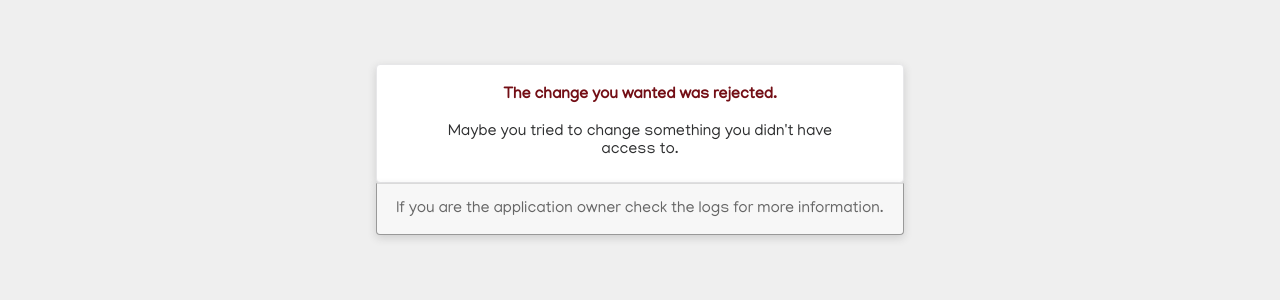
Repository: demesvardestin/demesvar.com
Page: public/422.html
The author's editor kept a record of every edit. The page is drawn from the files as they stood at one moment, then again after the next edit.
The browser window is 1280 px wide. The pictures show the whole page.

Above is the page before.

### public/422.html
<!DOCTYPE html>
<html>
<head>
  <title>422 - change rejected</title>
  <link href="https://fonts.googleapis.com/css?family=Cookie|Manjari|Pacifico&display=swap" rel="stylesheet">
  <meta name="viewport" content="width=device-width,initial-scale=1">
  <style>
  body {
    background-color: #EFEFEF;
    color: #2E2F30;
    text-align: center;
    font-family: arial, sans-serif;
    margin: 0;
    font-family: 'Manjari', sans-serif;
  }

  div.dialog {
    width: 95%;
    max-width: 33em;
    margin: 4em auto 0;
  }

  div.dialog > div {
    border: 1px solid #CCC;
    border: 1px solid #e7e7e9;
    border-radius: 4px;
    background-color: white;
    padding: 7px 10% 7px;
    box-shadow: 0 3px 8px rgba(50, 50, 50, 0.17);
  }

  h1 {
    font-size: 100%;
    color: #730E15;
    line-height: 1.5em;
  }

  div.dialog > p {
    margin: 0 0 1em;
    padding: 1em;
    background-color: #F7F7F7;
    border: 1px solid #CCC;
    border-right-color: #999;
    border-left-color: #999;
    border-bottom-color: #999;
    border-bottom-left-radius: 4px;
    border-bottom-right-radius: 4px;
    border-top-color: #DADADA;
    color: #666;
    box-shadow: 0 3px 8px rgba(50, 50, 50, 0.17);
  }
  </style>
</head>

<body>
  <!-- This file lives in public/422.html -->
  <div class="dialog">
    <div>
      <h1>The change you wanted was rejected.</h1>
      <p>Maybe you tried to change something you didn't have access to.</p>
    </div>
    <p>If you are the application owner check the logs for more information.</p>
  </div>
</body>
</html>

After the next edit:
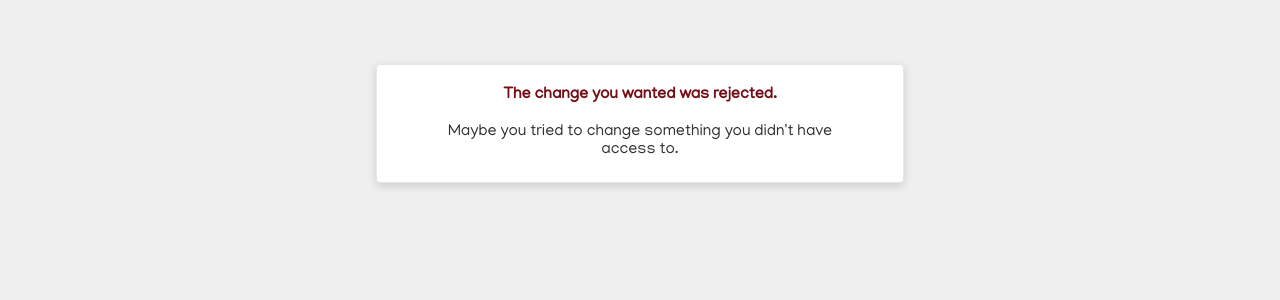
The edit:
--- a/public/422.html
+++ b/public/422.html
@@ -59,7 +59,6 @@
       <h1>The change you wanted was rejected.</h1>
       <p>Maybe you tried to change something you didn't have access to.</p>
     </div>
-    <p>If you are the application owner check the logs for more information.</p>
   </div>
 </body>
 </html>
